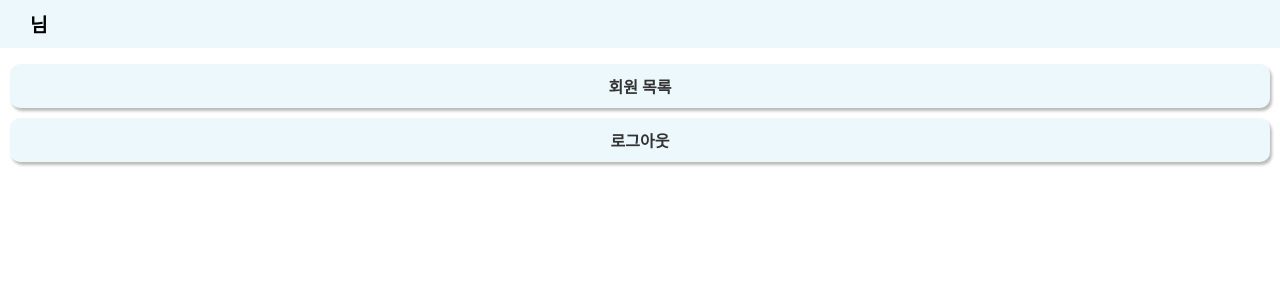
Repository: JaeYoon0935/lcom-servlet-jsp
Page: http://localhost/lcomputerstudy/user/login-result.jsp
The author's editor kept a copy of each file at every save. The page is drawn from the files as they stood at one save, then again after the next save.
The browser window is 1280 px wide. The pictures show the whole page.
The page is served by Tomcat 9.

Above is the page before, as saved 2020-09-21 03:33:26.

After the next save:
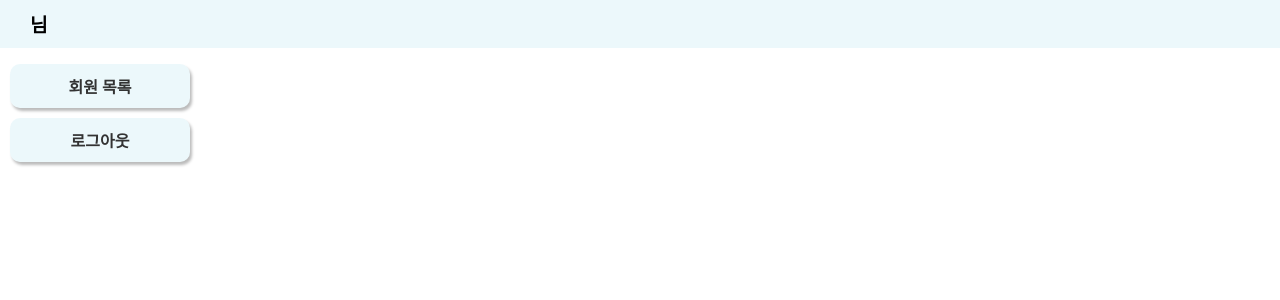
Saved 41 s later.
--- a/lcomputerstudy/WebContent/user/login-result.jsp
+++ b/lcomputerstudy/WebContent/user/login-result.jsp
@@ -17,7 +17,7 @@
 		font-size:1.2rem;
 		font-weight:700;
 	}
-	div:nth=child(2){
+	div:nth-child(2){
 		width:200px;
 	}
 	div ul{
